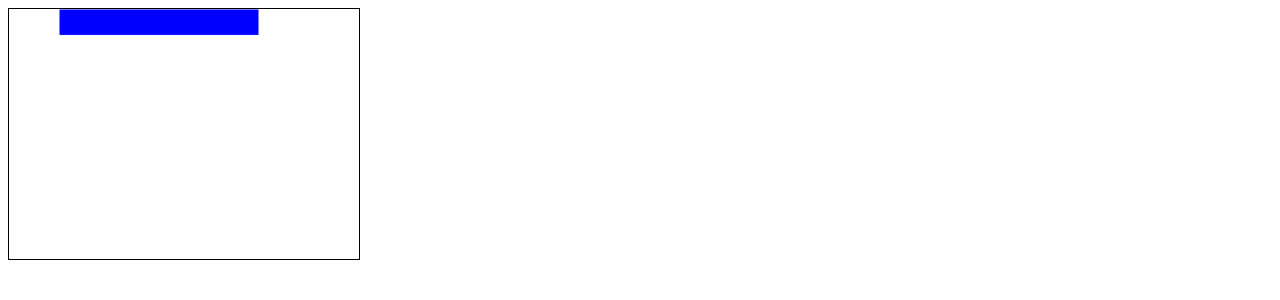
Repository: ducdatit2002/Data-Visualization-Coursera
Page: WEEK2/Demo/demo_adding_annotations.html
An editor plug-in stored every save of this project. The page is shown before and after the next save, followed by the edit.
The browser window is 1280 px wide. The pictures show the whole page.

Above is the page before, as saved 2023-10-07 00:14:05.

After the next save:
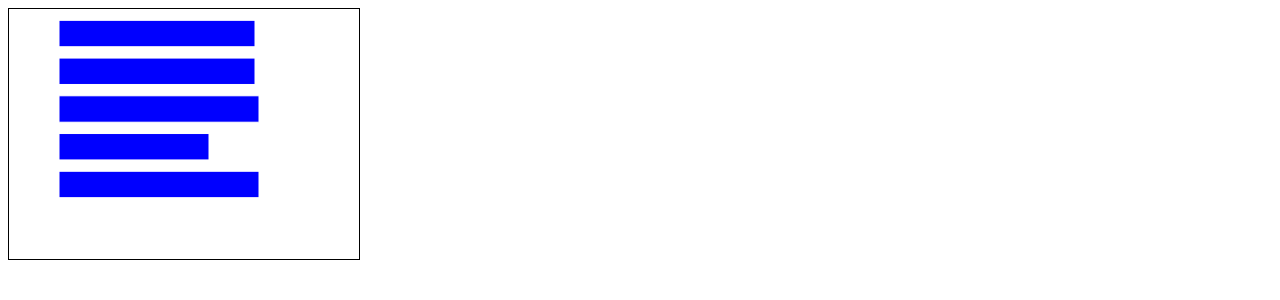
Saved 7 s later.
--- a/WEEK2/Demo/demo_adding_annotations.html
+++ b/WEEK2/Demo/demo_adding_annotations.html
@@ -23,7 +23,7 @@
 
       let scalePosition = d3.scaleBand()
       .range([0, 200])
-      .domain(clients.map(d => d.Height))
+      .domain(clients.map(d => d.Name))
       .padding(0.3);
 
       let join = body.selectAll("rect").data(clients);
